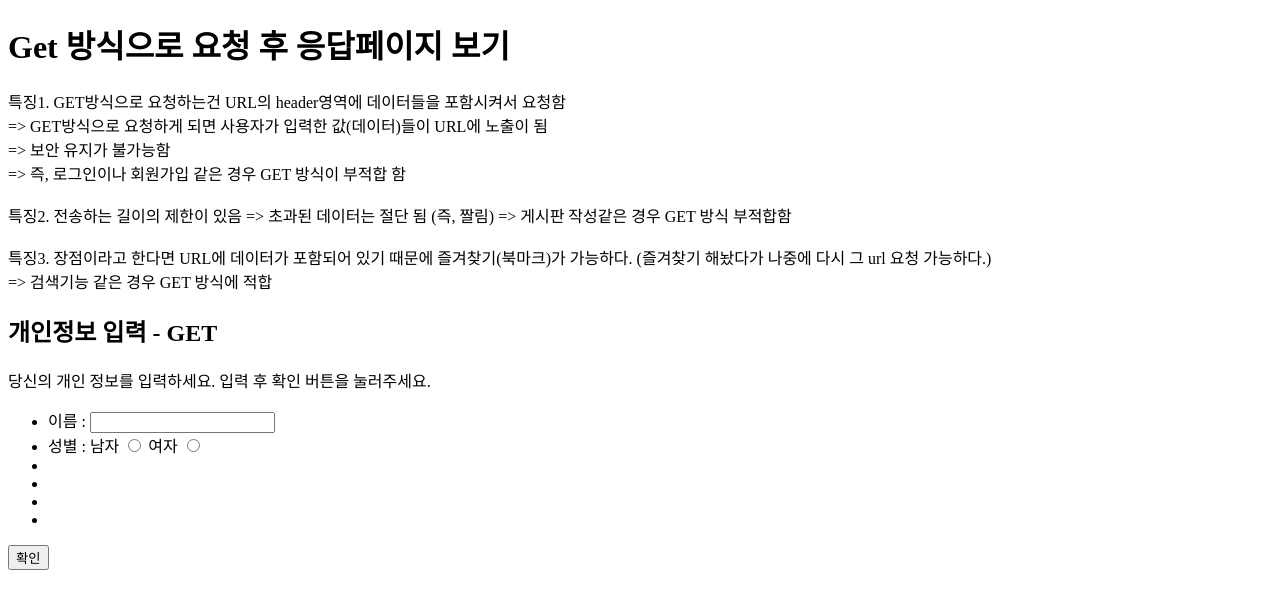
Repository: pje00427/webserver_workspace1
Page: 1_Servlet/WebContent/views/requestTest_GET.html
These files come from the project's save history. The page is drawn as it stood at one moment and after the next save; the edit follows.
The browser window is 1280 px wide. The pictures show the whole page.

Above is the page before, as saved 2020-08-27 05:17:21.

### 1_Servlet/WebContent/views/requestTest_GET.html
<!DOCTYPE html>
<html>
<head>
<meta charset="UTF-8">
<title>Insert title here</title>
</head>
<body>
	<h1>Get 방식으로 요청 후 응답페이지 보기</h1>

	<p>
		특징1. GET방식으로 요청하는건 URL의 header영역에 데이터들을 포함시켜서 요청함<br>
			=> GET방식으로 요청하게 되면 사용자가 입력한 값(데이터)들이 URL에 노출이 됨 <br>
			=> 보안 유지가 불가능함 <br>
			=> 즉, 로그인이나 회원가입 같은 경우 GET 방식이 부적합 함 <br><br>

		특징2. 전송하는 길이의 제한이 있음 => 초과된 데이터는 절단 됨 (즉, 짤림) => 게시판 작성같은 경우 GET 방식 부적합함<br><br>

		특징3. 장점이라고 한다면 URL에 데이터가 포함되어 있기 때문에 즐겨찾기(북마크)가 가능하다. (즐겨찾기 해놨다가 나중에 다시 그 url 요청 가능하다.)<br>
			=> 검색기능 같은 경우 GET 방식에 적합
	</p>

	<h2>개인정보 입력 - GET</h2>

	<p>당신의 개인 정보를 입력하세요. 입력 후 확인 버튼을 눌러주세요.</p>

	<form action="요청할서버매핑값" method="GET">

		<ul>
			<li>이름 : <input type="text" name="name"></li>
			<li>
				성별 :
				남자 <input type="radio" name="gender" value="M">
				여자 <input type="radio" name="gender" value="F">
			<li></li>
			<li></li>
			<li></li>
			<li></li>
		</ul>


		<input type="submit" value="확인">
	</form>

</body>
</html>

After the next save:
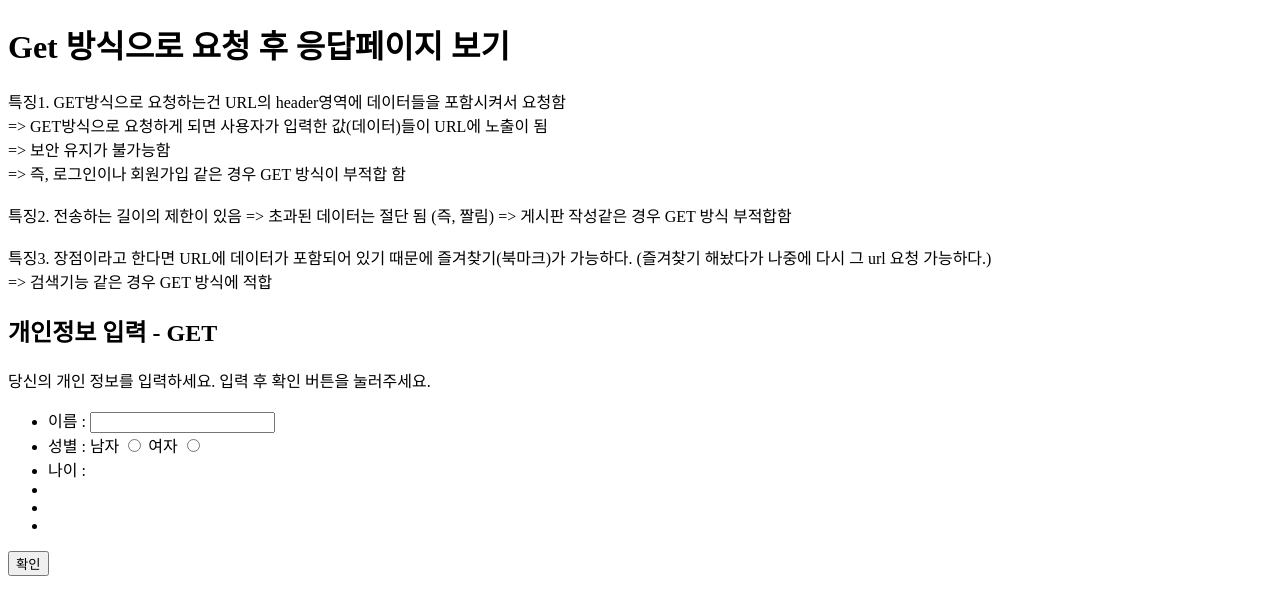
Saved 63 s later.
--- a/1_Servlet/WebContent/views/requestTest_GET.html
+++ b/1_Servlet/WebContent/views/requestTest_GET.html
@@ -31,7 +31,9 @@
 				성별 :
 				남자 <input type="radio" name="gender" value="M">
 				여자 <input type="radio" name="gender" value="F">
-			<li></li>
+			<li>
+				나이 :
+			</li>
 			<li></li>
 			<li></li>
 			<li></li>
